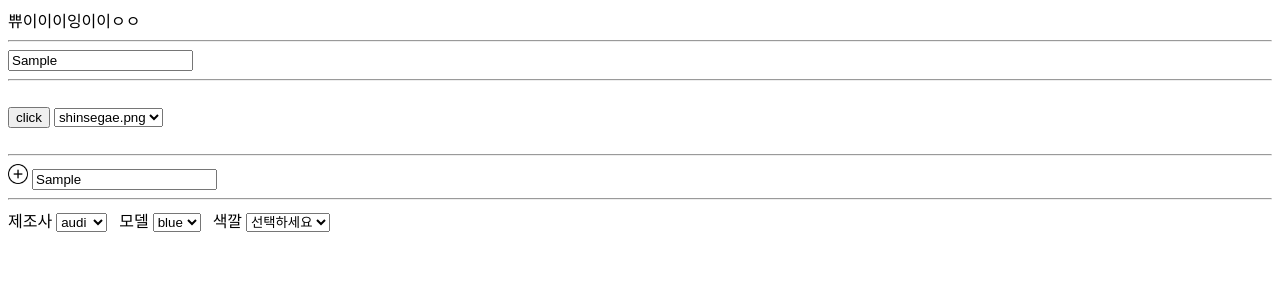
Repository: carolsim/NewWorldJavaStudy
Page: http://localhost/mvcWeb/script.jsp
An editor plug-in stored every save of this project. The page is shown before and after the next save, followed by the edit.
The browser window is 1280 px wide. The pictures show the whole page.
Empty fields were first filled with sample values (such as "Sample", 5 or name@example.com).
After loading, the first visible `select.maker` was changed once.
The page is served by Tomcat 9.

Above is the page before, as saved 2019-07-11 05:40:23.

After the next save:
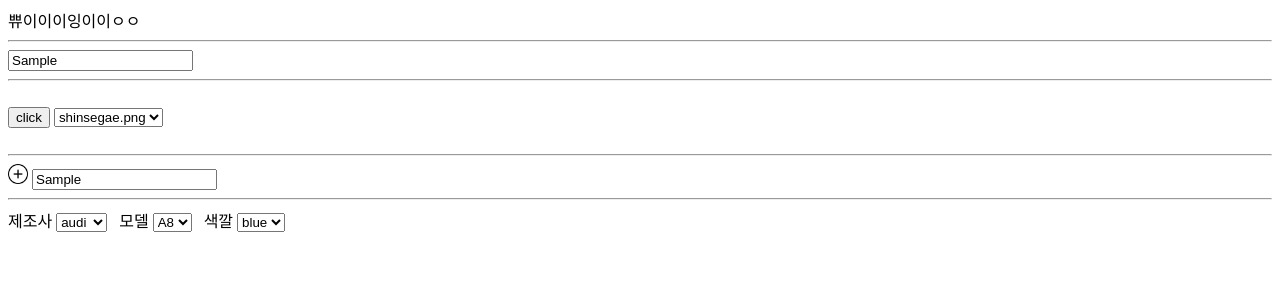
Saved 5 s later.
--- a/mvcWeb/webapp/script.jsp
+++ b/mvcWeb/webapp/script.jsp
@@ -152,7 +152,7 @@
 				$(".maker").change(function(){
 					makerValue = $(this).val();
 					colorAry = mapColor[makerValue]; //modelAry가 넘어옴
-					display(colorAry);
+					display2(colorAry);
 				});
 
 		});
